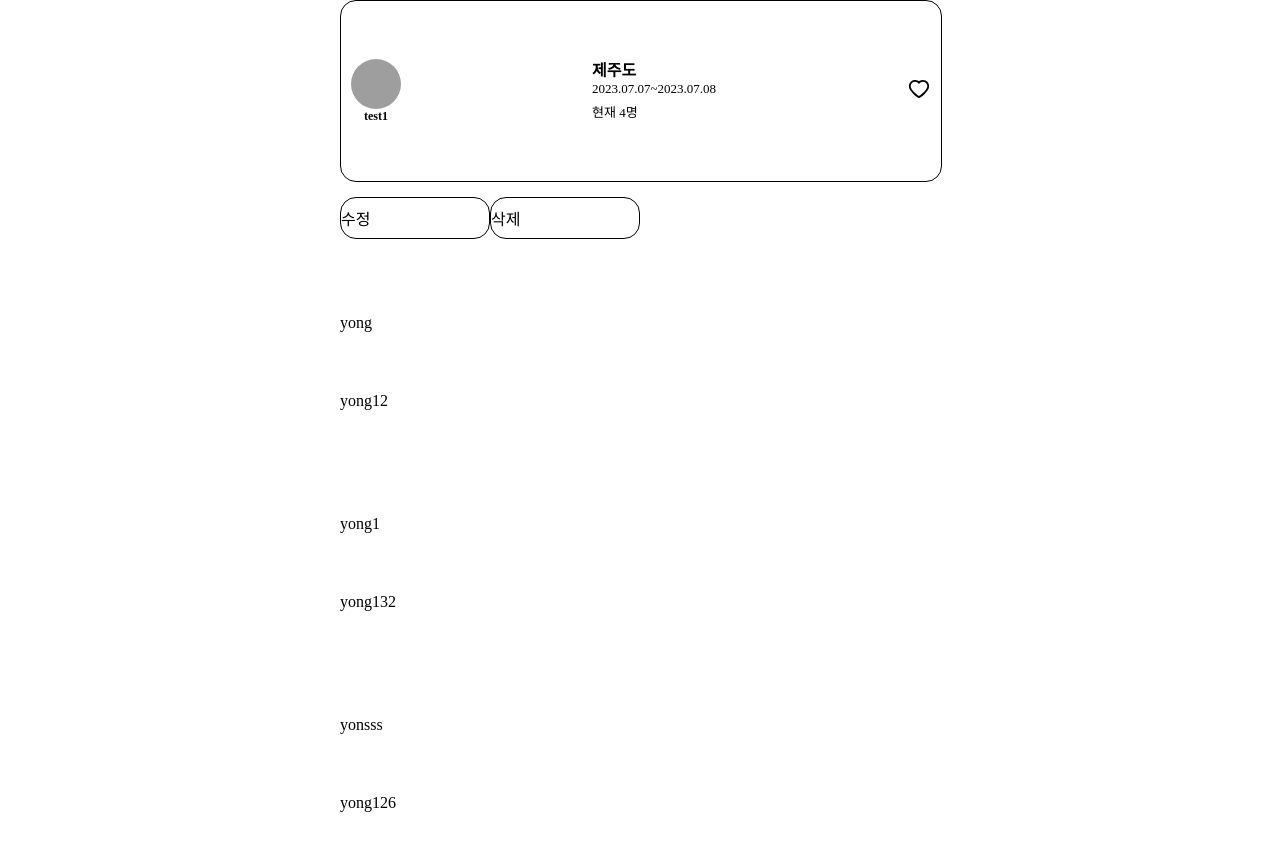
Repository: the-graces/matrip-web
Page: /tripSchedule (app in matrip/)
These files come from the project's save history. The page is drawn as it stood at one moment and after the next save; the edit follows.
The browser window is 1280 px wide. The pictures show the whole page.
Pictures or frames that could not be fetched are drawn as grey boxes. The project was rebuilt for these pictures with package versions that can differ from the ones it lists, and the page was loaded fresh each time. Also part of the build but not shown: matrip/src/pages/Main/mainStyle.tsx, matrip/src/pages/Main/Post.tsx, matrip/src/pages/Main/index.tsx, matrip/src/pages/FriendSearch/friendSearchStyle.tsx, matrip/src/pages/FriendSearch/index.tsx, matrip/src/pages/ItineraryInfo/index.scss, matrip/src/pages/ItineraryInfo/itineraryInfoStyle.tsx, matrip/src/pages/ItineraryInfo/index.tsx and 3 more.

Above is the page before, as saved 2023-07-09 12:44:35.

After the next save:
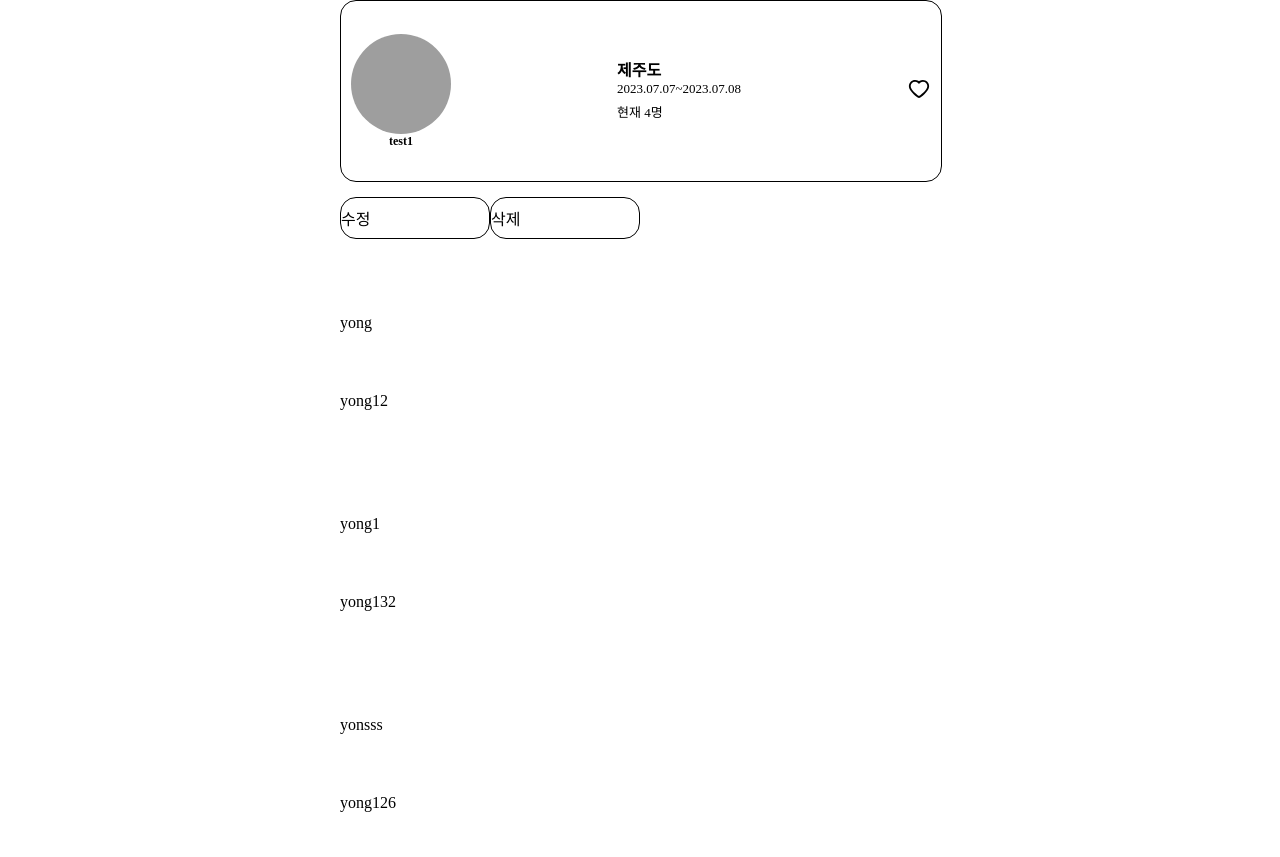
Saved 36 s later.
--- a/matrip/src/pages/TripSchedule/TripScheduleStyle.tsx
+++ b/matrip/src/pages/TripSchedule/TripScheduleStyle.tsx
@@ -29,8 +29,8 @@ export const profileBox = styled(Link)`
   text-decoration: none;
 `;
 export const profileImgBox = styled.div`
-  width: 50px;
-  height: 50px;
+  width: 100px;
+  height: 100px;
 `;
 
 export const profileImg = styled.img`
